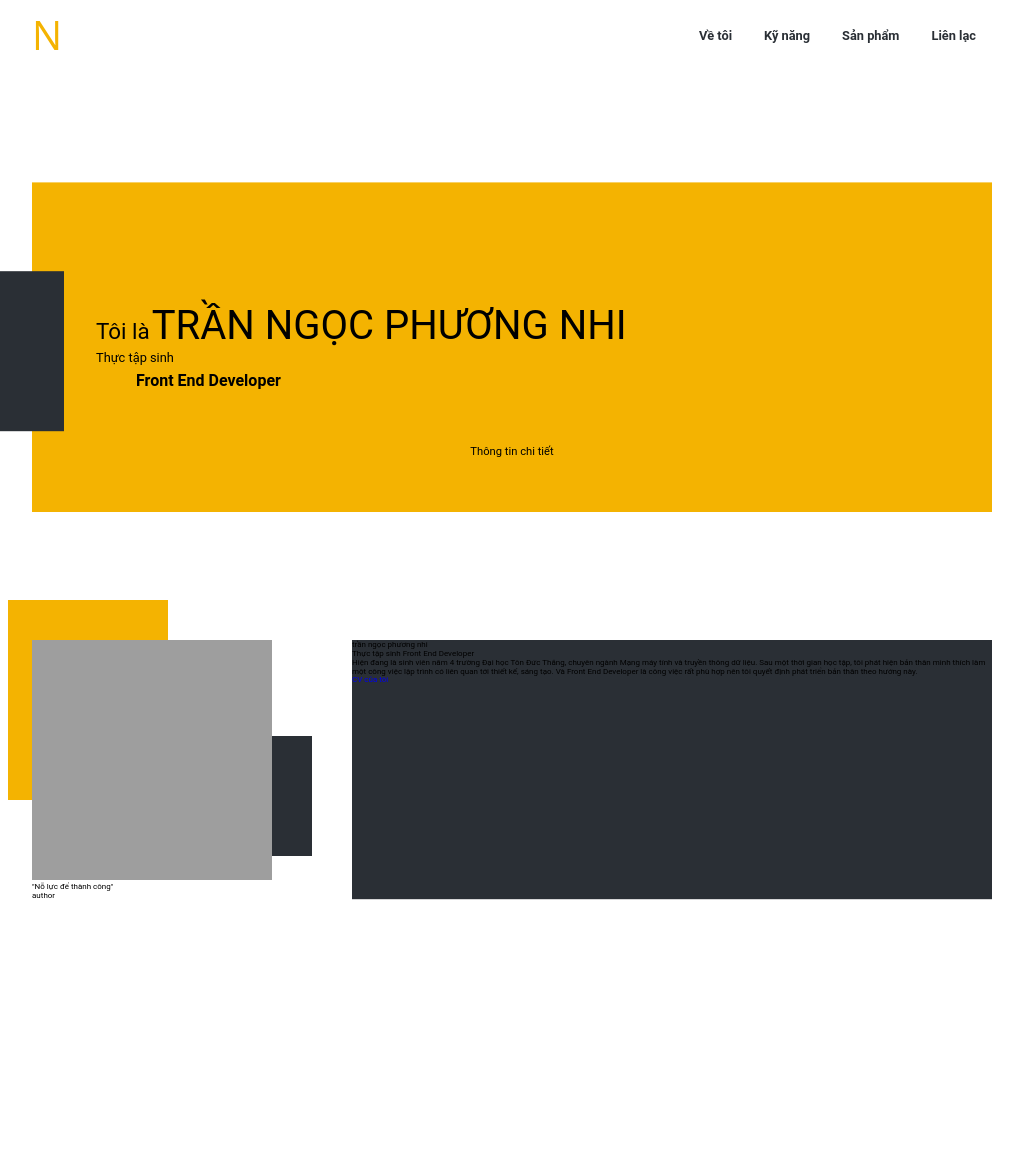
Repository: TranNgocPhuongNhi/my-portfolio
Page: index.html
The author's editor kept a copy of each file at every save. The page is drawn from the files as they stood at one save, then again after the next save.
The browser window is 1280 px wide. The pictures show the whole page, at 80% of full size.
Pictures or frames that could not be fetched are drawn as grey boxes. Some icons come from a web library that is not loaded, so they are not drawn. Some web libraries are served in a nearby version.

Above is the page before, as saved 2021-07-04 16:07:53.

### index.html
<!DOCTYPE html>
<html lang="en">
<head>
    <meta charset="UTF-8">
    <meta http-equiv="X-UA-Compatible" content="IE=edge">
    <meta name="viewport" content="width=device-width, initial-scale=1.0">
    <title>My Portfolio</title>
    <link rel="stylesheet" href="https://pro.fontawesome.com/releases/v5.10.0/css/all.css" integrity="sha384-AYmEC3Yw5cVb3ZcuHtOA93w35dYTsvhLPVnYs9eStHfGJvOvKxVfELGroGkvsg+p" crossorigin="anonymous"/>
    <link rel="stylesheet" href="resources/css/main.css">
    <link rel="stylesheet" href="resources/css/responsive.css">
    <link rel="shortcut icon" href="favicon.ico">
</head>
<body>
    <header id="header">
        <nav class="header__nav">
            <div class="container">
                <div class="header__nav-content">
                    <!-- <img src="" alt="logo"> -->
                    <a href="#index.html" class="header__nav-logo">N</a>
                    <ul class="header__nav-list">
                        <li class="nav-item"><a href="#about">Về tôi</a></li>
                        <li class="nav-item"><a href="#skills">Kỹ năng</a></li>
                        <li class="nav-item"><a href="#products">Sản phẩm</a></li>
                        <li class="nav-item"><a href="#contact">Liên lạc</a></li>
                    </ul>
                </div>
            </div>
        </nav>
        <div class="container">
            <div class="header__info">
                <div class="header__info-content">
                    <div class="header__info-name">
                        <span>Tôi là</span>
                        <span class="header__info-fullname">trần ngọc phương nhi</span>
                    </div>
                    <div class="header__info-specialize">
                        <p>Thực tập sinh</p>
                        <p>Front End Developer</p>
                    </div>
                </div>
                <div class="header__info-more">
                    <p>Thông tin chi tiết</p>
                    <div class="header__info-down">
                        <a href="#about">
                            <i class="fal fa-chevron-double-down"></i>
                        </a>
                    </div>
                </div>
            </div>
        </div>

    </header>

    <!-- About me -->
    <section id="about">
        <div class="container">
            <div class="row">
                <div class="col-1-3 about__avatar">
                    <img src="https://media-cdn.laodong.vn/Storage/NewsPortal/2021/2/13/880159/Vuong-Bat-Bac-9.png" alt="my avatar" />
                    <div class="about__quote">
                        <p>"Nỗ lực để thành công"</p>
                        <p>author</p>
                    </div>
                </div>
                <div class="col-3-1 about__content">
                    <div class="about__info">
                        <p>trần ngọc phương nhi</p>
                        <p>Thực tập sinh Front End Developer</p>
                    </div>
                    <p class="about__text">
                        Hiện đang là sinh viên năm 4 trường Đại học  Tôn Đức Thắng,
                        chuyên ngành Mạng máy tính và truyền thông dữ liệu. Sau một
                        thời gian học tập, tôi phát hiện bản thân mình thích làm một
                        công việc lập trình có liên quan tới thiết kế, sáng tạo. Và Front
                        End Developer là công việc rất phù hợp nên tôi quyết định phát
                        triển bản thân theo hướng này.
                    </p>
                    <a href="#" class="about__CV">CV của tôi</a>
                </div>
            </div>
        </div>
    </section>

</body>
</html>

### resources/css/main.css
:root {
    --primary1: #F4B301;
    --primary2: #2A2F35;
    --secondary: #F7F7F7;
    --white: #fff;
    --footer: #3B4046;
}

html {
    font-size: 62.5%;
    font-family: "Roboto", "Helvetica Neue", sans-serif;
    scroll-behavior: smooth;
}

* {
    padding: 0;
    margin: 0;
    box-sizing: border-box;
}

ul, li {
    list-style: none;
}

a {
    text-decoration: none;
}

.container {
    width: 120rem;
    max-width: 100%;
    margin: 0 auto;
}

.row {
    display: flex;
    position: relative;
}

.col-1-3 {
    width: calc(100% / 3);
}

.col-3-1 {
    width: calc(100% * 2 / 3);
}

/* ========================================= HEADER ============================= */
#header {
    height: 100vh;
    position: relative;
}

/* Scroll nav */
.nav-scroll {
    background-color: var(--white);
    box-shadow: 0 0.3rem 1.5rem rgba(0, 0, 0, 0.2);
}

.header__nav {
    padding: 1rem 0;
}

.header__nav-content {
    display: flex;
    justify-content: space-between;
    align-items: center;
}

.header__nav-logo {
    font-size: 5rem;
    font-family: 'Open Sans';
    color: var(--primary1);
}

.header__nav-list {
    display: flex;
}

.nav-item {
    padding: 0 2rem;
}

.nav-item a{
    font-size: 1.6rem;
    font-weight: 600;
    color: var(--primary2);
}

.nav-item a:hover {
    border-bottom: 0.3rem solid var(--primary1);
    animation: toRight 0.4s ease;
}

.header__info {
    background-color: var(--primary1);
    padding: 15rem 8rem;
    position: relative;
    top: 14rem;
}

.header__info::before {
    content: '';
    display: block;
    width: 8rem;
    height: 20rem;
    background-color: var(--primary2);
    position: absolute;
    top: 27%;
    left: -4rem;
}

.header__info-name span:first-child{
    font-size: 2.8rem;
}

.header__info-fullname {
    font-size: 5rem;
    text-transform: uppercase;
}

.header__info-specialize {
    line-height: 1.5;
}

.header__info-specialize p:first-child {
    font-size: 1.6rem;
}

.header__info-specialize p:last-child {
    font-size: 2rem;
    font-weight: bold;
    margin-left: 5rem;
}

.header__info-more {
    text-align: center;
    font-size: 1.4rem;
    line-height: 2;
    position: absolute;
    top: 85%;
    left: 50%;
    transform: translate(-50%, -50%);
}

.header__info-down:hover {
    width: 5rem;
    height: 5rem;
    line-height: 3.5;
    border-radius: 50%;
    border: 2px solid var(--white);
    margin: 0 auto;
    cursor: pointer;
}

.fa-chevron-double-down {
    color: var(--white);
}

/* =========================================== ABOUT ME ====================================== */
#about {
    height: 100vh;
}

.about__avatar,
.about__content {
    margin: 8rem 0;
}

.about__avatar img {
    width: 30rem;
    height: 30rem;
}

.about__avatar::before {
    content: '';
    display: block;
    width: 20rem;
    height: 25rem;
    background-color: var(--primary1);
    position: absolute;
    top: 3rem;
    left: -3rem;
    z-index: -1;
}

.about__avatar::after {
    content: '';
    display: block;
    width: 15rem;
    height: 15rem;
    background-color: var(--primary2);
    position: absolute;
    top: 20rem;
    left: 20rem;
    z-index: -1;
}

.about__content {
    background-color: var(--primary2);
}

/* =========================================== MY SKILLS ====================================== */



/* =========================================== MY PRODUCTS ====================================== */



/* =========================================== CONTACT ME ====================================== */



/* =========================================== ANIMATION ====================================== */
@keyframes toRight {
    0% {
        /* opacity: 0; */
        transform: translateX(-100%);
    }
    100% {
        /* opacity: 1; */
        transform: translateX(0%);
    }
}

### resources/css/responsive.css

/* Large devices (desktops, less than 1200px) */
@media (max-width: 1199.98px) {

}

/* Medium devices (tablets, less than 992px) */
@media (max-width: 991.98px) {

}

/* Small devices (landscape phones, less than 768px) */
@media (max-width: 767.98px) {

}

/* Extra small devices (portrait phones, less than 576px) */
@media (max-width: 575.98px) {

}

After the next save:
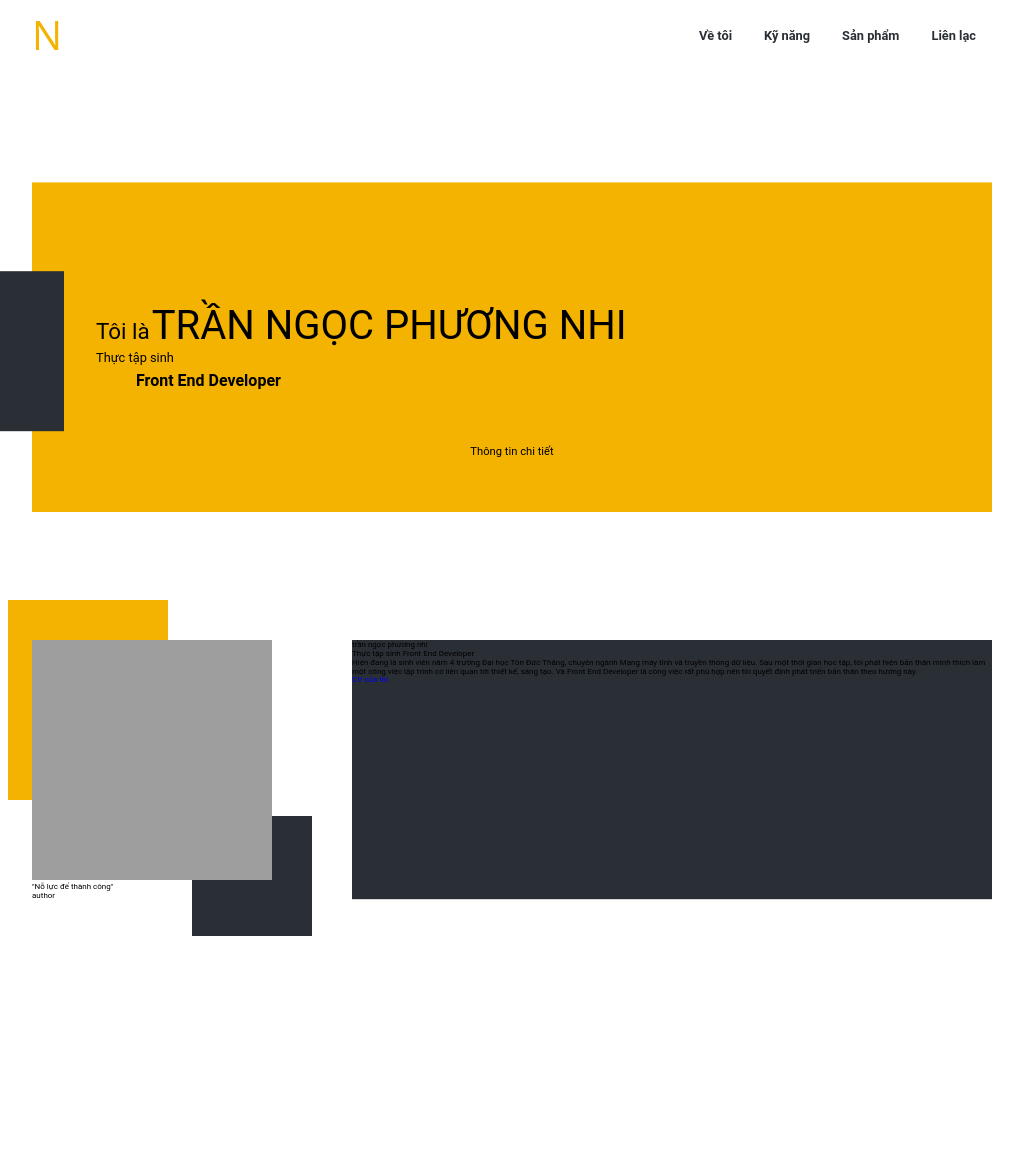
Saved 7 s later.
--- a/resources/css/main.css
+++ b/resources/css/main.css
@@ -191,7 +191,7 @@ a {
     height: 15rem;
     background-color: var(--primary2);
     position: absolute;
-    top: 20rem;
+    top: 30rem;
     left: 20rem;
     z-index: -1;
 }
